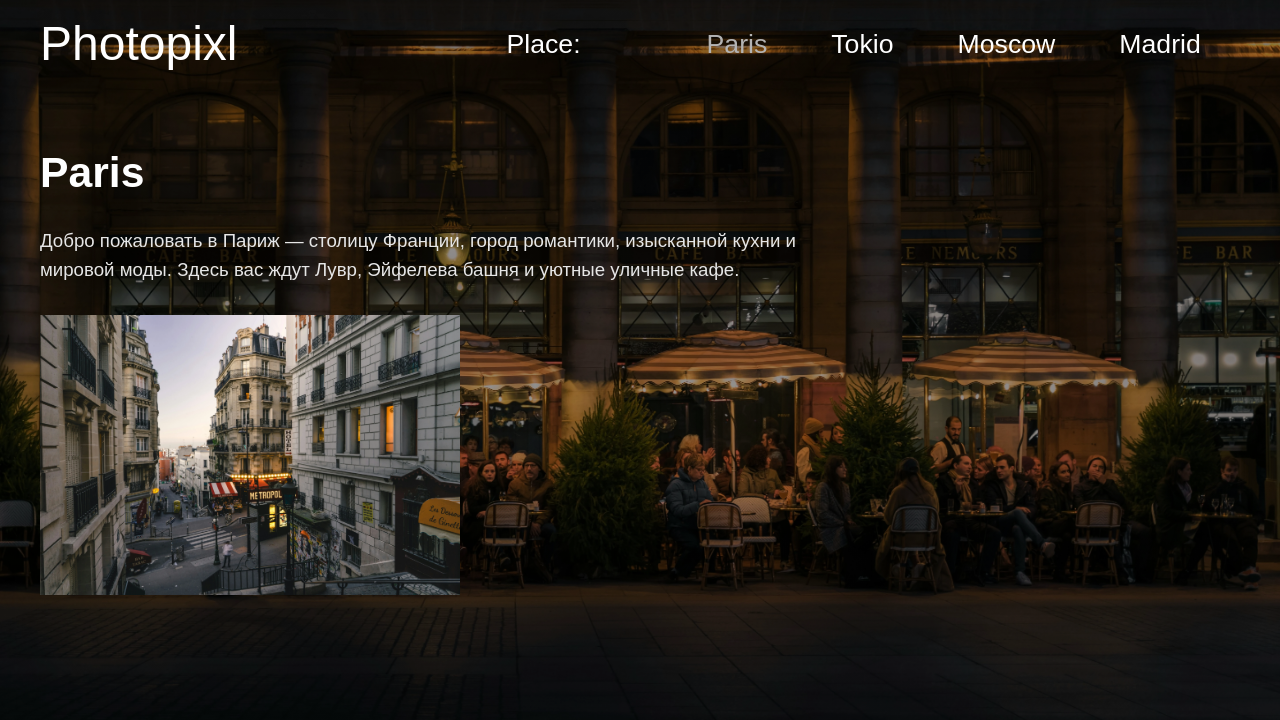
Repository: git-daniil/place-site
Page: index.html
The author's editor kept a copy of each file at every save. The page is drawn from the files as they stood at one save, then again after the next save.
The browser window is 1280 px wide. The pictures show the whole page.
Some web fonts or font styles are not loaded; a fallback is used.

Above is the page before, as saved 2026-05-19 18:04:40.

After the next save:
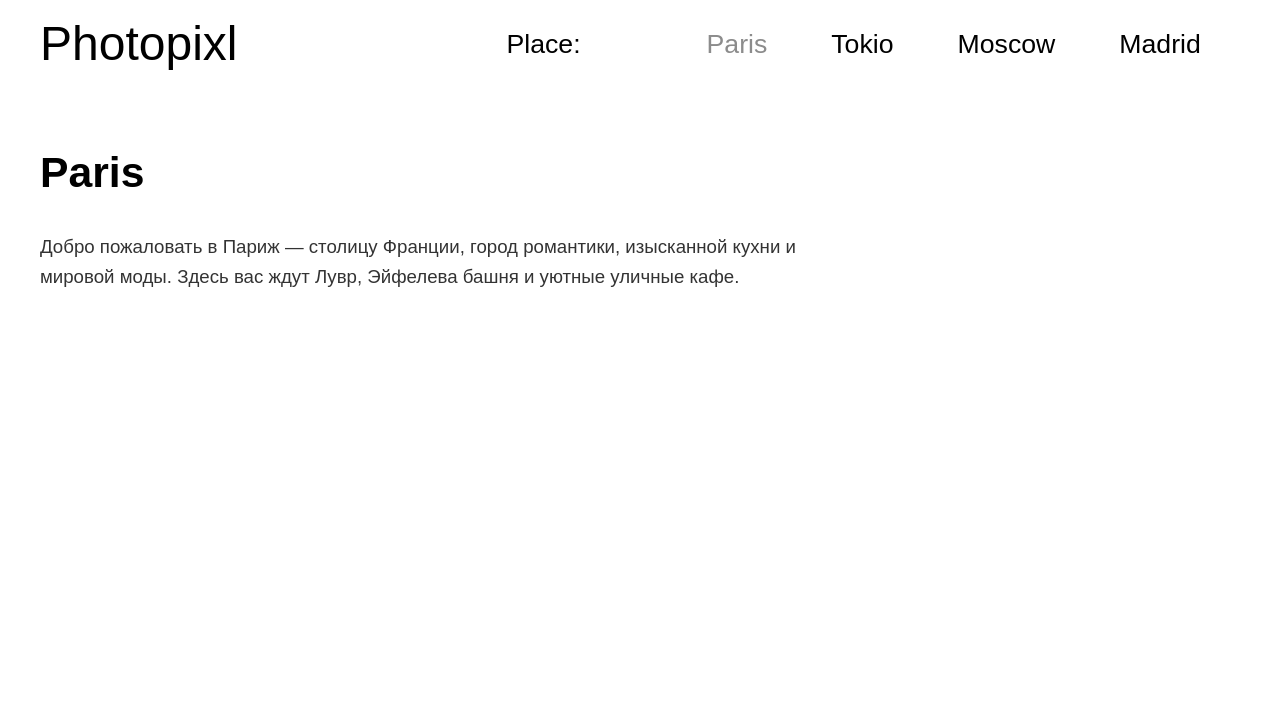
Saved 4 min 34 s later.
--- a/index.html
+++ b/index.html
@@ -6,7 +6,7 @@
     <title>Photopixl — Paris</title>
     <link rel="stylesheet" href="style.css">
 </head>
-<body class="paris-page">
+<body>
 
     <nav class="navbar">
         <a href="index.html" class="logo">Photopixl</a>
@@ -19,11 +19,14 @@
         </div>
     </nav>
 
-    <main class="content-section">
-        <h1>Paris</h1>
-        <p>Добро пожаловать в Париж — столицу Франции, город романтики, изысканной кухни и мировой моды. Здесь вас ждут Лувр, Эйфелева башня и уютные уличные кафе.</p>
-        <img src="paris1.webp" alt="Paris" class="content-image">
-    </main>
+    <section class="welcome-section">
+        <main class="content-section">
+            <h1>Paris</h1>
+            <p>Добро пожаловать в Париж — столицу Франции, город романтики, изысканной кухни и мировой моды. Здесь вас ждут Лувр, Эйфелева башня и уютные уличные кафе.</p>
+        </main>
+    </section>
+
+    <section class="second-bg-section"></section>
 
 </body>
 </html>
